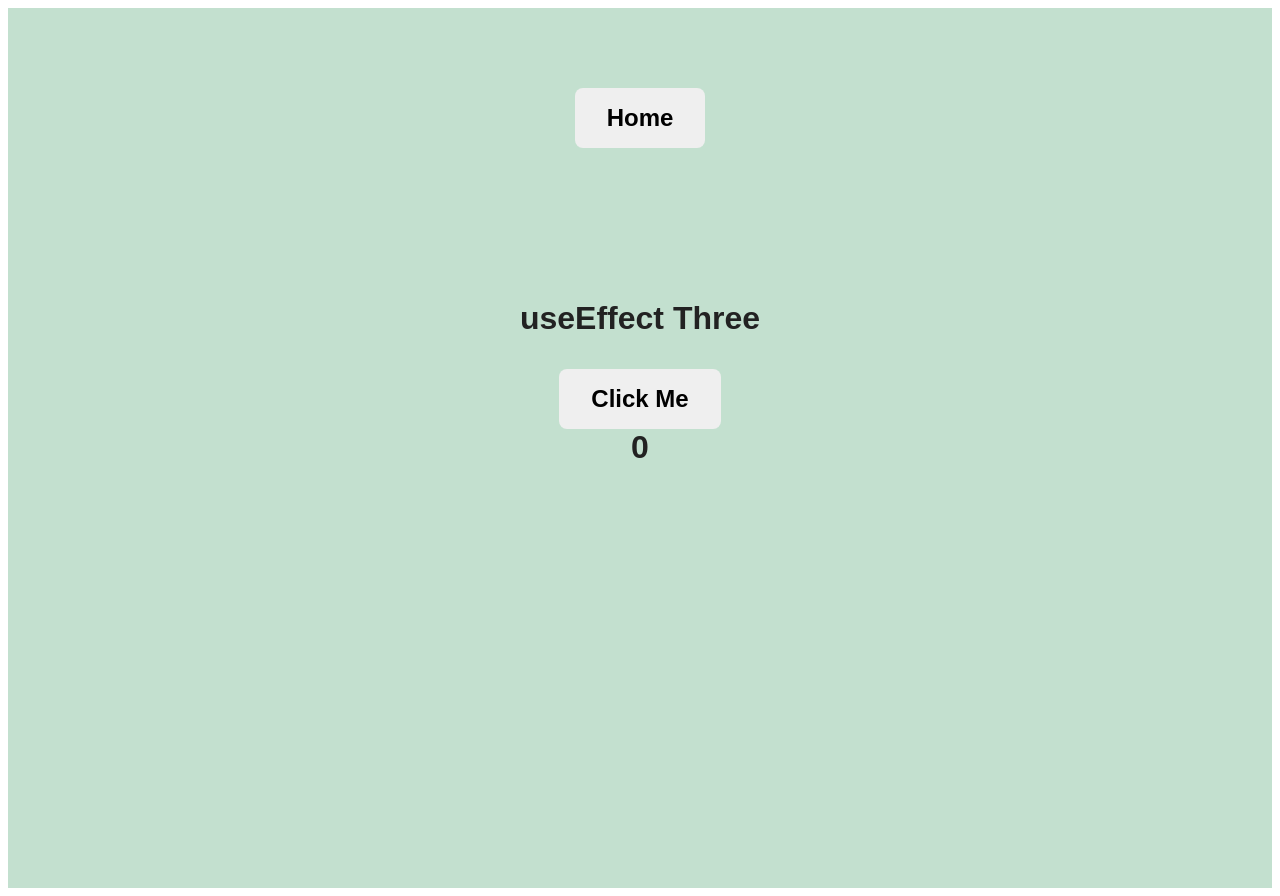
Repository: giovanabirck/class8
Page: /useEffectThree
An editor plug-in stored every save of this project. The page is shown before and after the next save, followed by the edit.
The browser window is 1280 px wide. The pictures show the whole page.
The project was rebuilt for these pictures with package versions that can differ from the ones it lists, and the page was loaded fresh each time. The framework's server and built-in components were replaced by stand-ins that run in the browser. Also part of the build but not shown: next.config.js.

Above is the page before, as saved 2023-02-23 18:15:30.

### pages/useEffectThree.js
import Link from "next/link"
import { useEffect, useState } from "react";
import styles from '@/styles/UseEffectThree.module.css'


export default function useEffectThree() {

    const [number, setNumber] = useState(0);

    const [value, setValue] = useState(-10);

    useEffect(() => {
        setValue(value + 10)
    }, [number])

    return(
        <>
            <main className={styles.main}>

                <div className={styles.top_back}>
                    <Link href="/">
                        <button className={styles.btn}>Home</button>
                    </Link>
                </div>

                <div className={styles.content}>

                    <div className={styles.content_title}>
                        useEffect Three
                    </div>

                    <div>
                        <button className={styles.btn_secondary} onClick={() => setNumber(number + 1)}>Click Me</button>
                    </div>

                    <div>
                        {value}
                    </div>

                </div>


            </main>
        </>
    )
}

### styles/globals.css
:root {
  --blue: #95CDF9;
  --green: #C3E0CF;
  --orange: #EF8B66;
  --white: #f4f9fd;
  --black: #222222;
  }

### styles/UseEffectThree.module.css
.main {
    display: flex;
    flex-direction: column;
    align-items: center;
    padding: 5rem;
    height: 100vh;
    font-family: Arial, Helvetica, sans-serif;
    color: var(--black);
    background-color: var(--green);
  }

  .btn {
    font-weight: 900;
    font-size: 1.5rem;
    padding: 1rem 2rem;
    border-radius: 0.5rem;
    border-style: none;
    cursor: pointer;
  }

  .top_back {
    height: 25vh;
  }

  .content {
    display: flex;
    flex-direction: column;
    align-items: center;
    font-size: 2rem;
    font-weight: 800;
  }

  .content_title {
    padding: 2rem;
  }

  .btn_secondary {
    font-weight: 900;
    font-size: 1.5rem;
    padding: 1rem 2rem;
    border-radius: 0.5rem;
    border-style: none;
    cursor: pointer;
  }

Loaded but not shown: pages/_app.js (common file); pages/_document.js (common file)

After the next save:
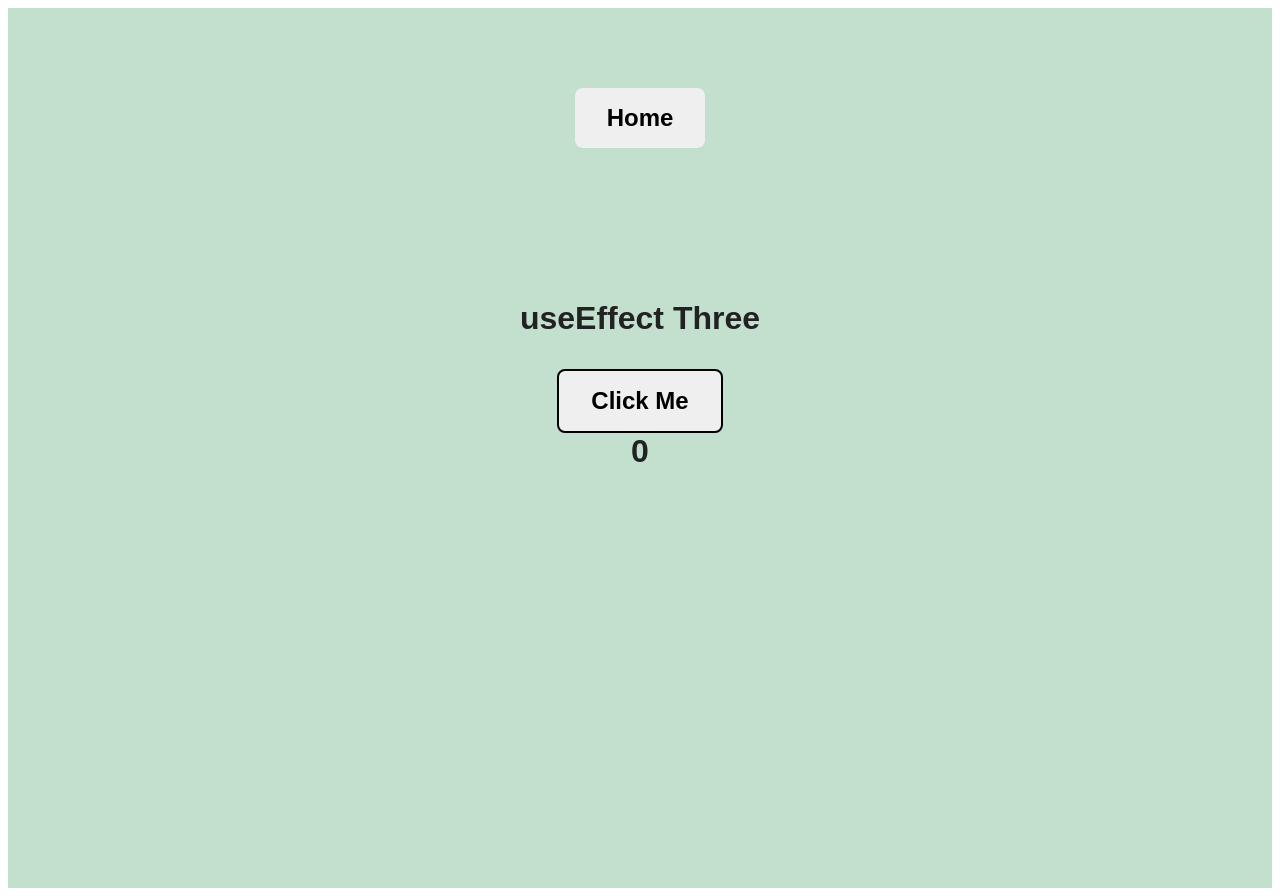
Saved 7 s later.
--- a/styles/UseEffectThree.module.css
+++ b/styles/UseEffectThree.module.css
@@ -39,6 +39,6 @@
     font-size: 1.5rem;
     padding: 1rem 2rem;
     border-radius: 0.5rem;
-    border-style: none;
+    border-style: solid;
     cursor: pointer;
   }
